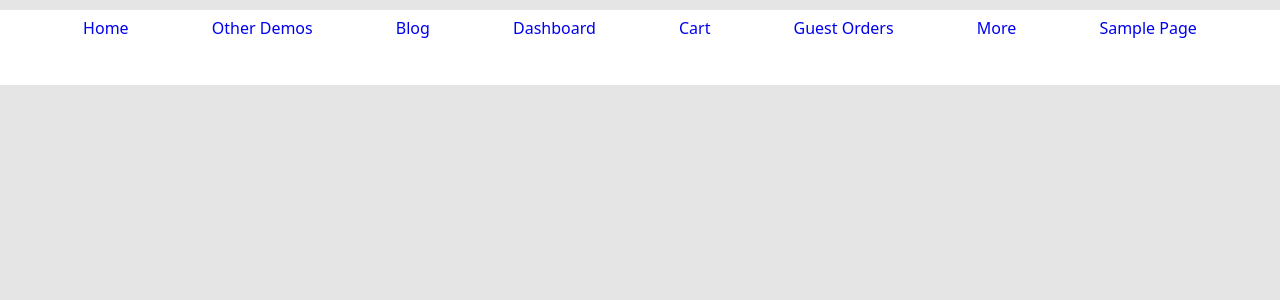
Repository: lannguyen1301/f8-zoom-day-4
Page: menu.html
The author's editor kept a copy of each file at every save. The page is drawn from the files as they stood at one save, then again after a run of saves.
The browser window is 1280 px wide. The pictures show the whole page.

Above is the page before, as saved 2025-04-18 01:25:13.

### menu.html
<!DOCTYPE html>
<html lang="en">

<head>
    <meta charset="UTF-8">
    <meta name="viewport" content="width=device-width, initial-scale=1.0">
    <title>Menu</title>
    <link rel="stylesheet" href="./assets/css/reset.css">
    <link rel="stylesheet" href="./assets/css/navbar-style.css">
</head>

<body>
    <nav class="navbar">
        <ul class="navbar-list">
            <li class="navbar-item">
                <a href="!#" class="nabr-link">Home</a>
            </li>
            <li class="navbar-item">
                <a href="!#" class="nabr-link">Other Demos</a>
            </li>
            <li class="navbar-item">
                <a href="!#" class="nabr-link">Blog</a>
            </li>
            <li class="navbar-item">
                <a href="!#" class="nabr-link">Dashboard</a>
            </li>
            <li class="navbar-item">
                <a href="!#" class="nabr-link">Cart</a>
            </li>
            <li class="navbar-item">
                <a href="!#" class="nabr-link">Guest Orders</a>
            </li>
            <li class="navbar-item">
                <a href="!#" class="nabr-link">More</a>
            </li>
            <li class="navbar-item">
                <a href="!#" class="nabr-link">Sample Page</a>
            </li>
        </ul>
    </nav>
</body>

</html>

### assets/css/navbar-style.css
* {
    box-sizing: border-box;
}

body {
    margin: 0 auto;
    padding-top: 10px;
    font-size: 16px;
    font-family: system-ui, "Segoe UI", Roboto, Helvetica, Arial, sans-serif,
        "Apple Color Emoji", "Segoe UI Emoji", "Segoe UI Symbol";
    background-color: #e6e5e5;
}

a {
    text-decoration: none;
}

nav {
    padding-top: 10px;
    height: 75px;
    background-color: #fff;
    /* width: 100%; */
    /* background-color: #fff; */
}

ul.navbar-list {
    display: flex;
    align-items: center;
    justify-content: space-evenly;
}

Loaded but not shown: assets/css/reset.css (common file)

After the next 2 saves:
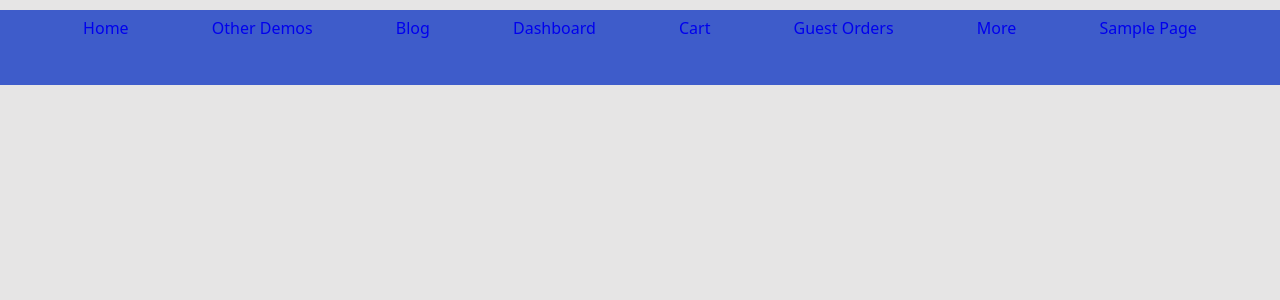
The 2 saves are shown as one change because they came seconds apart.
The last was saved 22 s later.
--- a/assets/css/navbar-style.css
+++ b/assets/css/navbar-style.css
@@ -18,7 +18,7 @@
 nav {
     padding-top: 10px;
     height: 75px;
-    background-color: #fff;
+    background-color: #3e5cca;
     /* width: 100%; */
     /* background-color: #fff; */
 }
